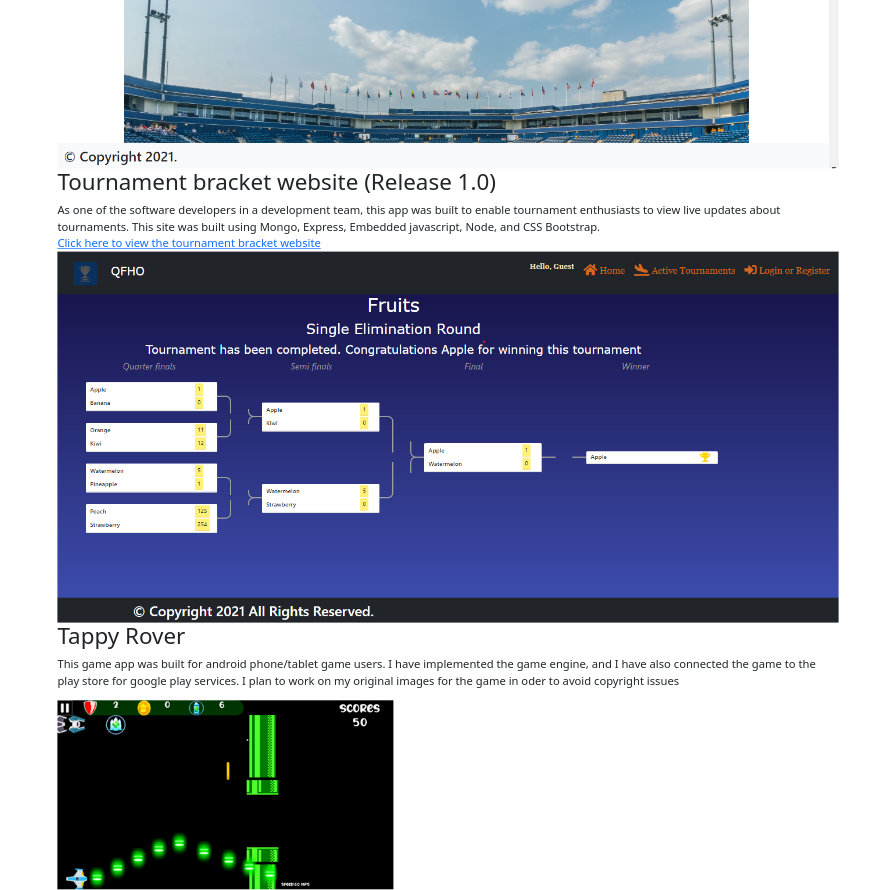
Repository: ofovweewere/Career-Portfolio
Page: http://localhost/projects
The author's editor kept a copy of each file at every save. The page is drawn from the files as they stood at one save, then again after the next save.
The browser window is 1280 px wide. The pictures show the part of the page from y = 1168 to 3088 px (the page is 2439 px tall before and 3088 px after), at 70% of full size.
The page is served by the project's Node server (index.js). Other server files are loaded and not shown.

Above is the page before, as saved 2022-04-14 02:48:32.

### Server/Views/index.ejs
<!--File name: index.ejs,
  Student's name: Ofovwe Ewere
  Student's id: 301188196
  Date: June 4, 2021
-->
<!DOCTYPE html>
<html lang="en">
<head>
  <meta charset="UTF-8">
  <meta http-equiv="X-UA-Compatible" content="IE=edge">
  <meta name="viewport" content="width=device-width, initial-scale=1.0">
  <title><%= title %></title>
  <!--CSS Section -->
  <link rel="stylesheet" href="/bootstrap/dist/css/bootstrap.min.css">
  <link rel="stylesheet" href="/@fortawesome/fontawesome-free/css/all.min.css">
  <link rel="stylesheet" href="/Content/app.css">
</head>
<body>
  <!--Navigation Section-->
  <header>
    <%- include('./components/header.ejs') %>
  </header>

  <!--Main content-->
  <main>
    <%- include('./content/' +page +'.ejs') %>
  </main>

  <!--Bottom Nav-->
  <footer>
    <%- include('./components/footer.ejs') %>
  </footer>

  <!--Javascript Section-->
  <script src="/jquery/dist/jquery.min.js"></script>
  <script src="/bootstrap/dist/js/bootstrap.min.js"></script>
  <script src="/Scripts/app.js"></script>
</body>
</html>

### Server/Views/components/header.ejs
<!--File name: header.ejs,
  Student's name: Ofovwe Ewere
  Student's id: 301188196
  Date: June 4, 2021
-->
<nav class="navbar navbar-expand-lg navbar-dark bg-dark">
    <div class="container-fluid">
      <a class="navbar-brand" href="#">COMP229</a>
      <button class="navbar-toggler" type="button" data-bs-toggle="collapse" data-bs-target="#navbarSupportedContent" aria-controls="navbarSupportedContent" aria-expanded="false" aria-label="Toggle navigation">
        <span class="navbar-toggler-icon"></span>
      </button>
      <div class="collapse navbar-collapse" id="navbarSupportedContent">
        <ul class="navbar-nav ms-auto mb-2 mb-lg-0">
          <li class="nav-item">
            <a class="nav-link"  href="#"><img src="Assets/images/logo.png"></a>
          </li>

          <li class="nav-item">
            <a class="nav-link" href="/home"><i class="fas fa-home fa-lg"></i> Home</a>
          </li>

          <li class="nav-item">
            <a class="nav-link" href="/about"><i class="fas fa-info fa-lg"></i> About</a>
          </li>

          <li class="nav-item">
            <a class="nav-link" href="/projects"><i class="fas fa-cog fa-lg"></i> Projects</a>
          </li>

          <li class="nav-item">
            <a class="nav-link" href="/services"><i class="fas fa-map fa-lg"></i> Services</a>
          </li>

          <li class="nav-item">
            <a class="nav-link" href="/contact"><i class="fas fa-phone fa-lg"></i> Contact</a>
          </li>


        </ul>

      </div>
    </div>
  </nav>

### Server/Views/content/projects.ejs
<!--File name: projects.ejs,
  Student's name: Ofovwe Ewere
  Student's id: 301188196
  Date: June 4, 2021
-->
<div class="container">
    <h1>My Projects</h1>
    <h2>Demo chat app (MEAN APPLICATION)</h2>
    <p  style="margin-bottom:0">As a personal project, I implemented this demo chat application using Mongo, Express, Angular, Node, Sockets,Typescript, CSS Bootstrap and Redis.
    </p>
    <a href="https://koanvo.herokuapp.com/" style="margin-top:0">Click here to view the demo chat app</a>
    <div><img img src="Assets/images/chatApp.png" style="width:100%;"></div>

    <h2>Lawn tennis trainer app (Release 1.0)</h2>
    <p  style="margin-bottom:0">As one of the software developers in a development team, this app was built to enable tennis trainer seekers to find tennis trainers.
      The team has only completed Release 1, and hope to add more features to the website. This website was built with Nodejs, Express, Mongo, Embedded javascript, CSS Bootstrap, and Ajax
    </p>
    <a href="https://lawntennistrainer.herokuapp.com/" style="margin-top:0">Click here to view the tennis trainer website</a>
    <div><img img src="Assets/images/tennisTrainer.png" style="width:100%;"></div>

     <h2>Tournament bracket website (Release 1.0)</h2>
    <p  style="margin-bottom:0">As one of the software developers in a development team, this app was built to enable tournament enthusiasts to view
      live updates about tournaments. This site was built using Mongo, Express, Embedded javascript, Node, and CSS Bootstrap.
    </p>
    <a href="https://comp229-m2021-group10-project.herokuapp.com/tournaments/" style="margin-top:0">Click here to view the tournament bracket website</a>
    <div><img img src="Assets/images/tournamentBracket.png" style="width:100%;"></div>

    <h2>Tappy Rover</h2>
    <p>This game app was built for android phone/tablet game users. I have implemented the game engine, and I have also connected the game to the play store for google play services. I plan to work on my original images for the game in oder to avoid copyright issues</p>
    <div><img img src="Assets/images/tappyrover.png"></div>


  </div>

### Server/Views/components/footer.ejs
<!--File name: footer.ejs,
  Student's name: Ofovwe Ewere
  Student's id: 301188196
  Date: June 4, 2021
-->
  <nav class="navbar fixed-bottom navbar-light bg-light">
    <div class="container-fluid">
      <h4>&copy; Copyright 2021.</h4>
    </div>
  </nav>

### index.js
#!/usr/bin/env node

/**
 * Module dependencies.
 *  File name: index.js,
    Student's name: Ofovwe Ewere
    Student's id: 301188196
    Date: June 4, 2021

 */
"use strict";
var __importDefault = (this && this.__importDefault) || function (mod) {
    return (mod && mod.__esModule) ? mod : { "default": mod };
};
Object.defineProperty(exports, "__esModule", { value: true });
const app_1 = __importDefault(require("./Server/Config/app"));
const debug_1 = __importDefault(require("debug"));
debug_1.default('week4:server');
const http_1 = __importDefault(require("http"));
let port = normalizePort(process.env.PORT || '3000');
app_1.default.set('port', port);
let server = http_1.default.createServer(app_1.default);
server.listen(port);
server.on('error', onError);
server.on('listening', onListening);
function normalizePort(val) {
    let port = parseInt(val, 10);
    if (isNaN(port)) {
        return val;
    }
    if (port >= 0) {
        return port;
    }
    return false;
}
function onError(error) {
    if (error.syscall !== 'listen') {
        throw error;
    }
    var bind = typeof port === 'string'
        ? 'Pipe ' + port
        : 'Port ' + port;
    switch (error.code) {
        case 'EACCES':
            console.error(bind + ' requires elevated privileges');
            process.exit(1);
            break;
        case 'EADDRINUSE':
            console.error(bind + ' is already in use');
            process.exit(1);
            break;
        default:
            throw error;
    }
}
function onListening() {
    let addr = server.address();
    let bind = typeof addr === 'string'
        ? 'pipe ' + addr
        : 'port ' + addr.port;
    debug_1.default('Listening on ' + bind);
}
//# sourceMappingURL=index.js.map

### Server/Routes/index.js
/**
 * Module dependencies.
 *  File name: index.js,
    Student's name: Ofovwe Ewere
    Student's id: 301188196
    Date: June 4, 2021

 */
"use strict";
var __importDefault = (this && this.__importDefault) || function (mod) {
    return (mod && mod.__esModule) ? mod : { "default": mod };
};
Object.defineProperty(exports, "__esModule", { value: true });
const express_1 = __importDefault(require("express"));
const router = express_1.default.Router();
exports.default = router;
router.get('/', function (req, res, next) {
    res.render('index', { title: 'Home', page: 'home' });
});
router.get('/home', function (req, res, next) {
    res.render('index', { title: 'Home', page: 'home' });
});
router.get('/about', function (req, res, next) {
    res.render('index', { title: 'About Me', page: 'about' });
});
router.get('/projects', function (req, res, next) {
    res.render('index', { title: 'My Projects', page: 'projects' });
});
router.get('/services', function (req, res, next) {
    res.render('index', { title: 'My Services', page: 'services' });
});
router.get('/contact', function (req, res, next) {
    res.render('index', { title: 'Contact Me', page: 'contact' });
});
//# sourceMappingURL=index.js.map

### Client/Content/app.css
/* your custom css goes here*/

### Client/Scripts/app.js
/**
 * Module dependencies.
 *  File name: app.js,
    Student's name: Ofovwe Ewere
    Student's id: 301188196
    Date: June 4, 2021

 */
"use strict";
(function () {
    function Start() {
        console.log("app started");
    }
    window.addEventListener("load", Start);
})();
//# sourceMappingURL=app.js.map

After the next save:
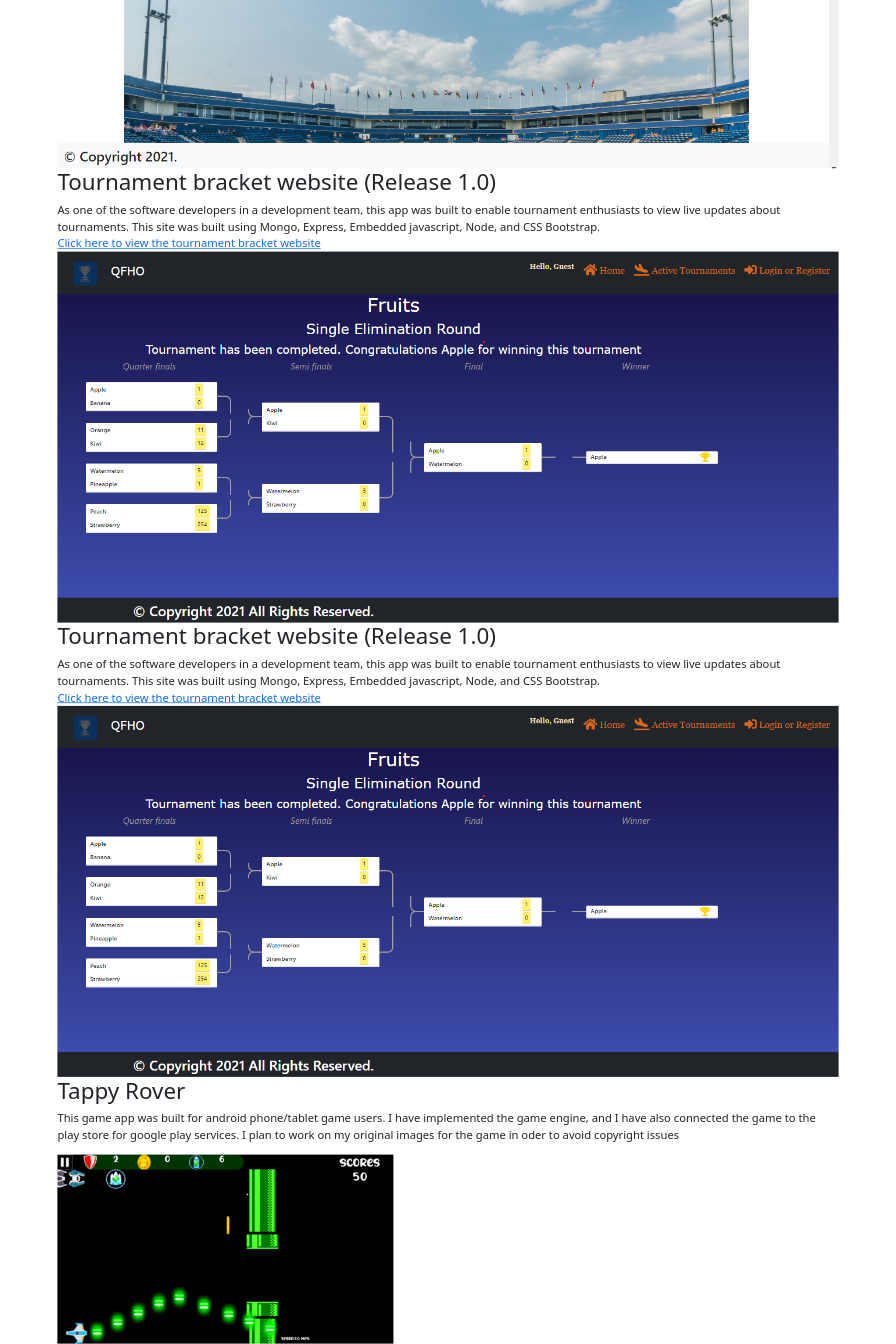
Saved 7 min 12 s later.
--- a/Server/Views/content/projects.ejs
+++ b/Server/Views/content/projects.ejs
@@ -25,6 +25,13 @@
     <a href="https://comp229-m2021-group10-project.herokuapp.com/tournaments/" style="margin-top:0">Click here to view the tournament bracket website</a>
     <div><img img src="Assets/images/tournamentBracket.png" style="width:100%;"></div>
 
+     <h2>Tournament bracket website (Release 1.0)</h2>
+    <p  style="margin-bottom:0">As one of the software developers in a development team, this app was built to enable tournament enthusiasts to view
+      live updates about tournaments. This site was built using Mongo, Express, Embedded javascript, Node, and CSS Bootstrap.
+    </p>
+    <a href="https://comp229-m2021-group10-project.herokuapp.com/tournaments/" style="margin-top:0">Click here to view the tournament bracket website</a>
+    <div><img img src="Assets/images/tournamentBracket.png" style="width:100%;"></div>
+
     <h2>Tappy Rover</h2>
     <p>This game app was built for android phone/tablet game users. I have implemented the game engine, and I have also connected the game to the play store for google play services. I plan to work on my original images for the game in oder to avoid copyright issues</p>
     <div><img img src="Assets/images/tappyrover.png"></div>
